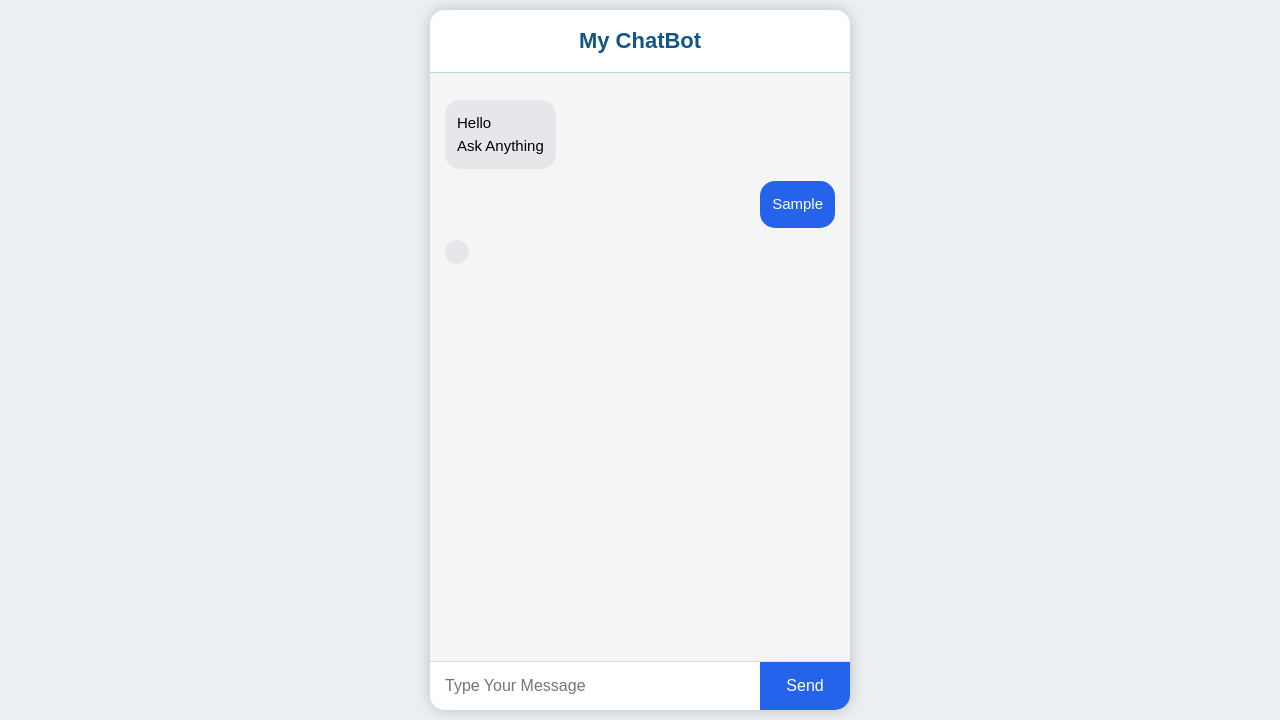
Repository: nt269782-web/Offline-ChatBot
Page: front.html
These files come from the project's save history. The page is drawn as it stood at one moment and after a run of saves; the edit follows.
The browser window is 1280 px wide. The pictures show the whole page.
Empty fields were first filled with sample values (such as "Sample", 5 or name@example.com).
After loading, the first visible `button` was clicked once.
The page's requests for data from a server got no answer.

Above is the page before, as saved 2026-07-11 11:28:32.

### front.html
<!DOCTYPE html>
<html lang="en">
<head>
    <meta charset="UTF-8">
    <meta name="viewport" content="width=device-width, initial-scale=1.0">
    <title>Document</title>
    <style>
        *{
            margin:0;
            padding:0;
        box-sizing:border-box;
        font-family:Arial,sans-serif;
        }

        body{
            background: #eceff1;
            display: flex;
            justify-content: center;
            align-items: center;
            height: 100vh;
        }
        .chat-container {
            width: 420px;
            height: 700px;
            overflow: hidden;
            display: flex;
            flex-direction: column;
            background:#fff;
            border-radius:15px;
            box-shadow:0 0 15px rgba(0,0,0,.2);


        }
        .header{
            background-color: rgb(255, 255, 255);
            color: #135683;
            text-align: center;
            font-size: 22px;
            font-weight: bold;
            padding: 18px;
            border-bottom: 1px solid #add;

        }


        .chat-box{
            flex: 1;
            overflow: auto;
            padding: 15px;
            background: #f5f5f5;



        }
        .message{
            display: flex;
            margin: 12px 0;

        }
        .bot{
            justify-content: flex-start;
        }

        .user{
            justify-content: flex-end;
        }



        .bubble{
            max-width: 75%;
            padding: 12px;
            border-radius: 15px;
            font-size: 15px;
            line-height: 1.5;
        }

        .bot .bubble{
            background:#e5e7eb;
            color:#000;
        }

        .user .bubble{
            background:#2563eb;
            color:#fff;
        }

        .input-area{
            display:flex;
            border-top:1px solid #ddd;
        }
        input{
            flex: 1;
            border: none;
            padding: 15px;
            outline: none;
            font-size: 16px;
        }

        button{
        width:90px;
        border:none;
        background:#2563eb;
        color:white;
        font-size:16px;
        cursor:pointer;
    }

        button:hover{
            background:#1d4ed8;
        }


    </style>
</head>

<body>
    <div class="chat-container">
        <div class="header">
            My ChatBot
        </div>

        <div class="chat-box" id="chatBox">
            <div class="message bot">
                <div class="bubble">
                    Hello <br>
                    Ask Anything

                </div>
            </div>
        </div>

    <div class="input-area">
        <input type="text" id="userInput" placeholder="Type Your Message">
        <button onclick="sendMessage()">Send</button>
    </div>




    <script src="Java.js"></script>
</div>
</body>
</html>

### Java.js
const chatBox = document.getElementById("chatBox");

function sendMessage() {

    let input = document.getElementById("userInput");
    let text = input.value.trim();

    if (text === "") return;

    // User Message
    chatBox.innerHTML += `
        <div class="message user">
            <div class="bubble">${text}</div>
        </div>
    `;

    input.value = "";
    chatBox.scrollTop = chatBox.scrollHeight;

    // Backend Request
    fetch("http://localhost:8080/chat", {
        method: "POST",
        headers: {
            "Content-Type": "application/json"
        },
        body: JSON.stringify({
            message: text
        })
    })
    .then(response => response.json())
    .then(data => {

        chatBox.innerHTML += `
            <div class="message bot">
                <div class="bubble">
                    ${data.reply}
                </div>
            </div>
        `;

        chatBox.scrollTop = chatBox.scrollHeight;

    })
    .catch(error => {

        chatBox.innerHTML += `
            <div class="message bot">
                <div class="bubble">

                </div>
            </div>
        `;

        console.error(error);

    });

}

document.getElementById("userInput").addEventListener("keypress", function (e) {
    if (e.key === "Enter") {
        sendMessage();
    }
});

After the next 14 saves:
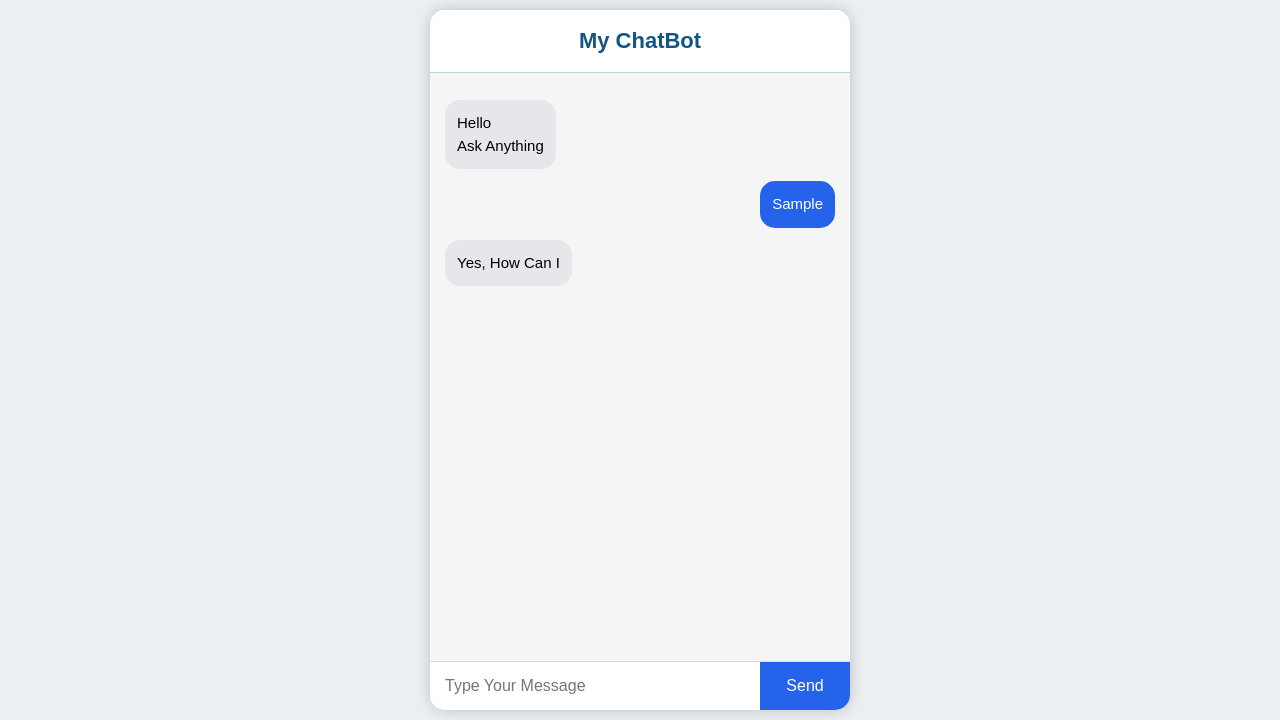
The 14 saves are shown as one change because they came seconds apart.
The last was saved 28 s later.
--- a/Java.js
+++ b/Java.js
@@ -46,7 +46,8 @@ function sendMessage() {
         chatBox.innerHTML += `
             <div class="message bot">
                 <div class="bubble">
-
+                    Yes,
+                    How Can I
                 </div>
             </div>
         `;
